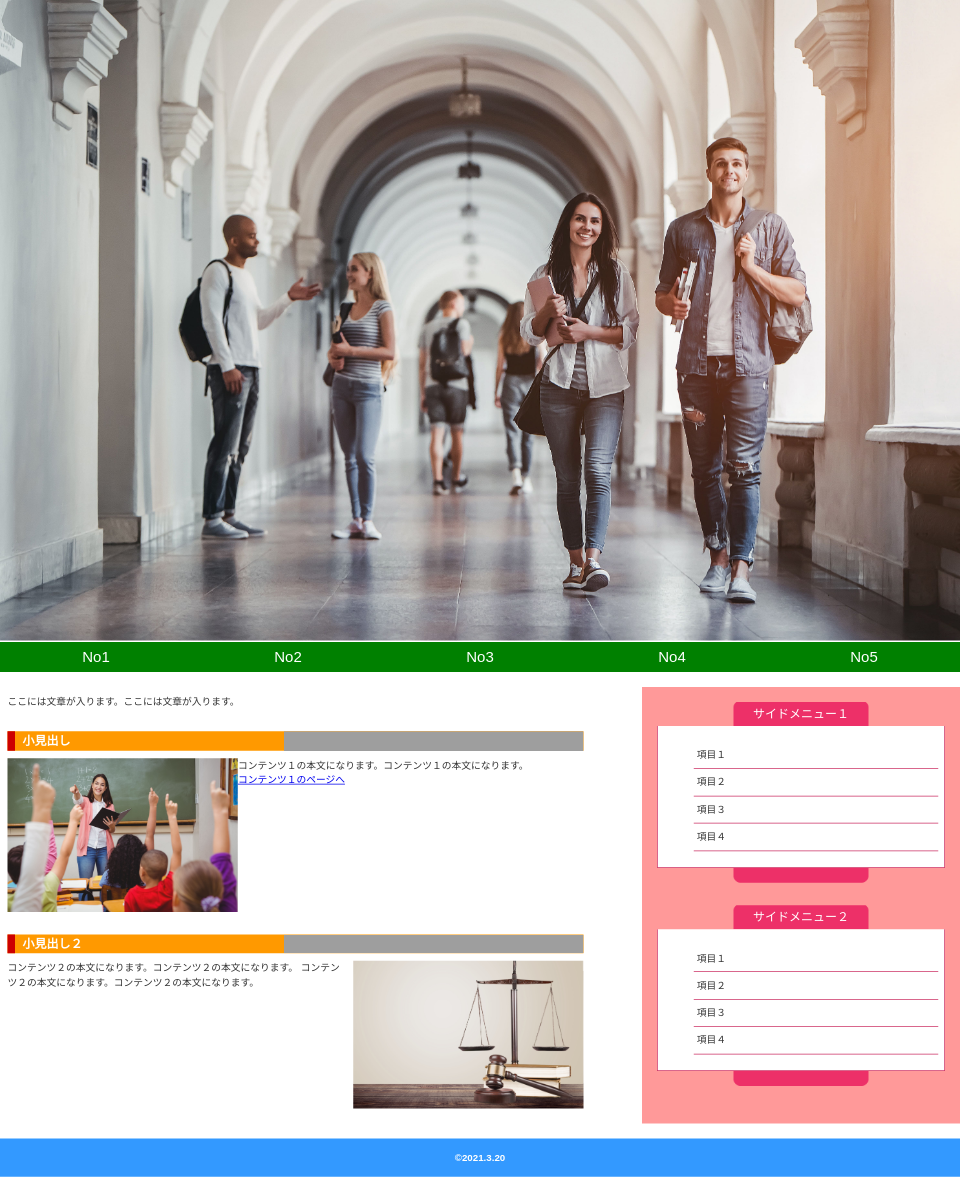
Repository: Hikaru-Ichikawa/samurai_HTML-CSS
Page: home.html
The author's editor kept a record of every edit. The page is drawn from the files as they stood at one moment, then again after the next edit.
The browser window is 1280 px wide. The pictures show the whole page, at 75% of full size.
Pictures or frames that could not be fetched are drawn as grey boxes.

Above is the page before.

After the next edit:
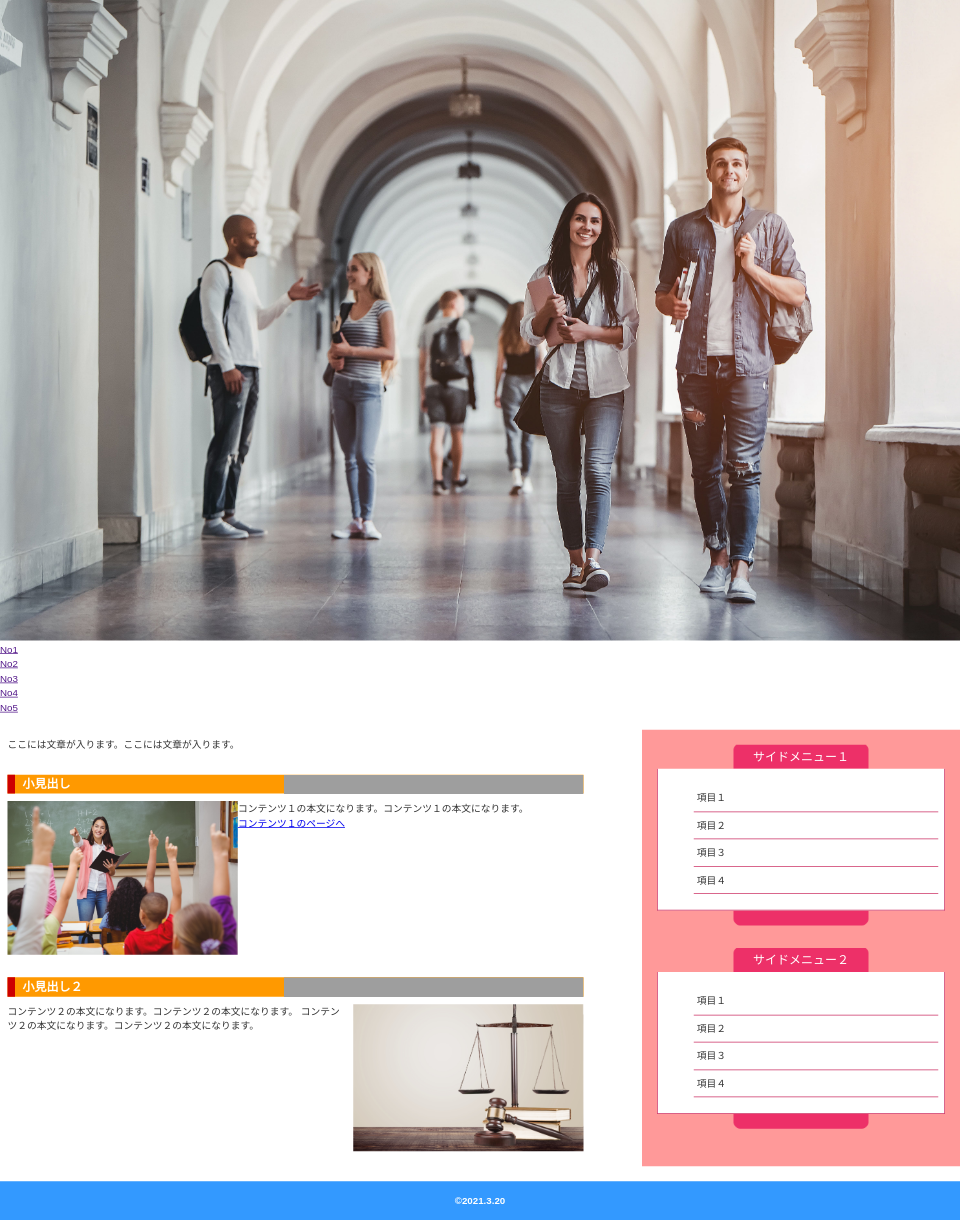
The edit:
--- a/stylesheet.css
+++ b/stylesheet.css
@@ -62,7 +62,7 @@
     list-style-type: none;
 }
 
-<!--#nav ul li{
+/*#nav ul li{*/*/
     float: left;
     width: 20%;
     text-align: center;
